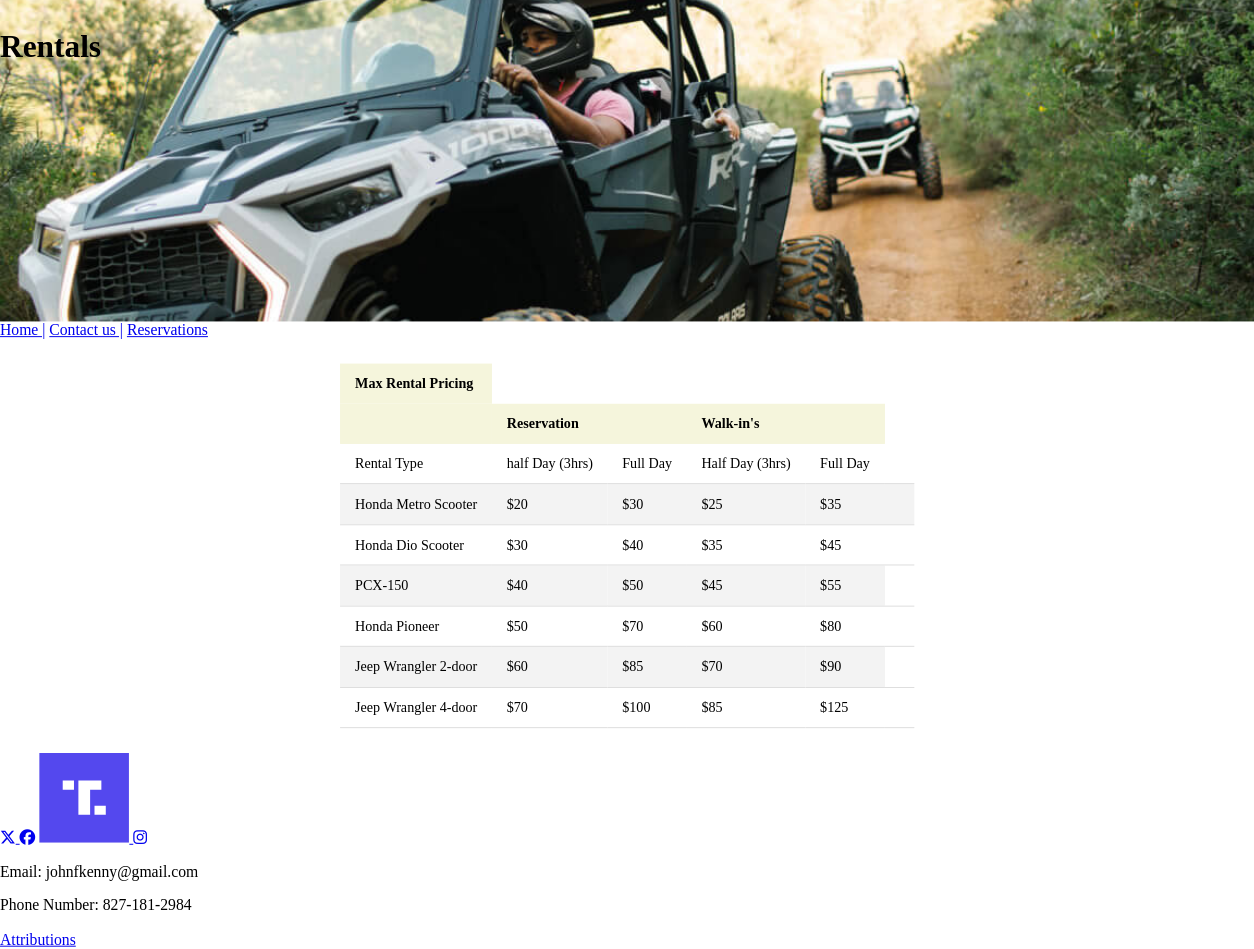
Repository: nak97/WDD230
Page: scoots/rentals-page/rentals-page.html
An editor plug-in stored every save of this project. The page is shown before and after the next save, followed by the edit.
The browser window is 1280 px wide. The pictures show the whole page, at 98% of full size.
Some web libraries are served in a nearby version.

Above is the page before, as saved 2023-12-11 17:26:38.

After the next save:
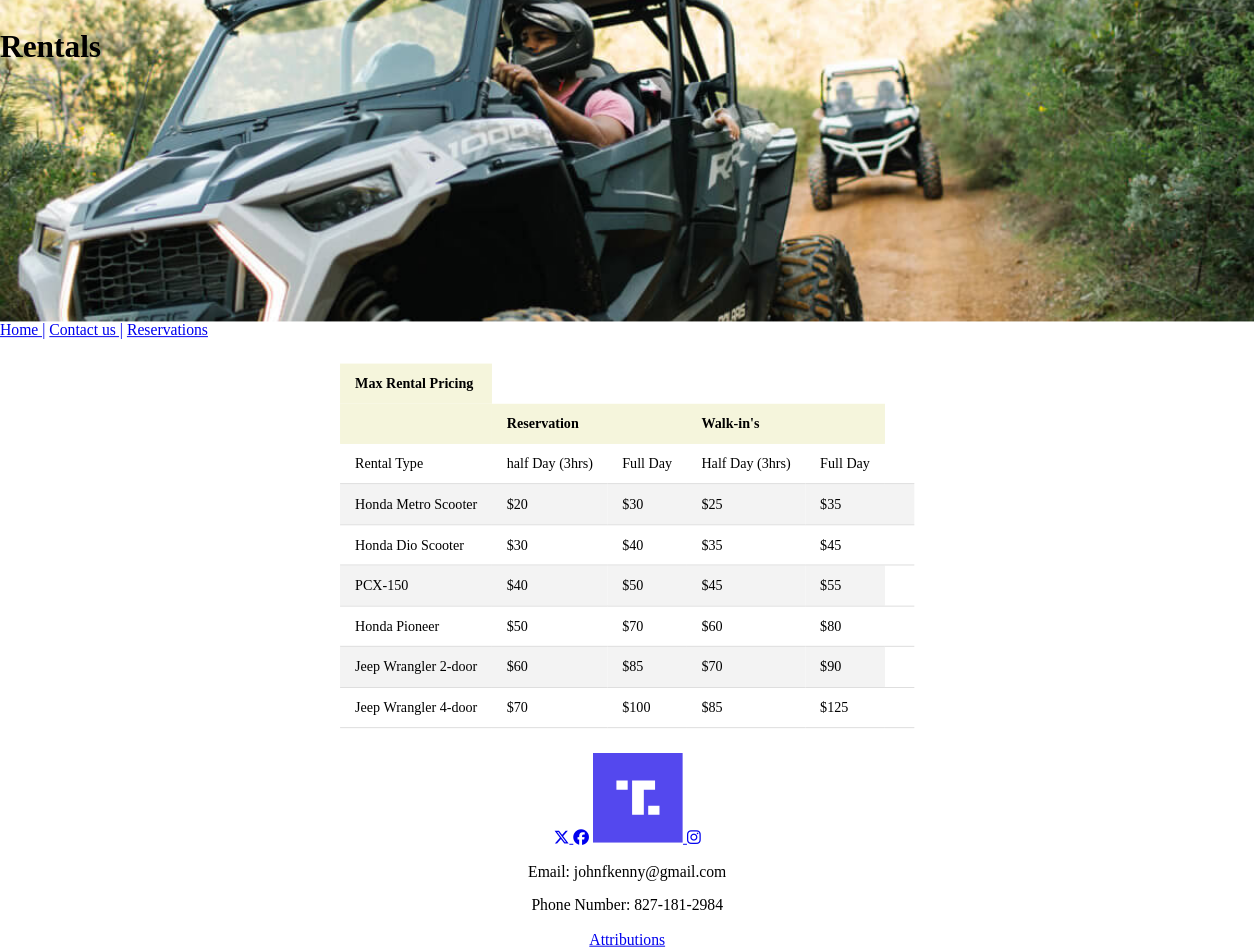
Saved 42 s later.
--- a/scoots/rentals-page/styles/base.css
+++ b/scoots/rentals-page/styles/base.css
@@ -45,3 +45,7 @@ header {
 .content-table tbody tr:nth-of-type(even){
   background-color: #f3f3f3;
 }
+
+footer {
+  text-align: center;
+}
